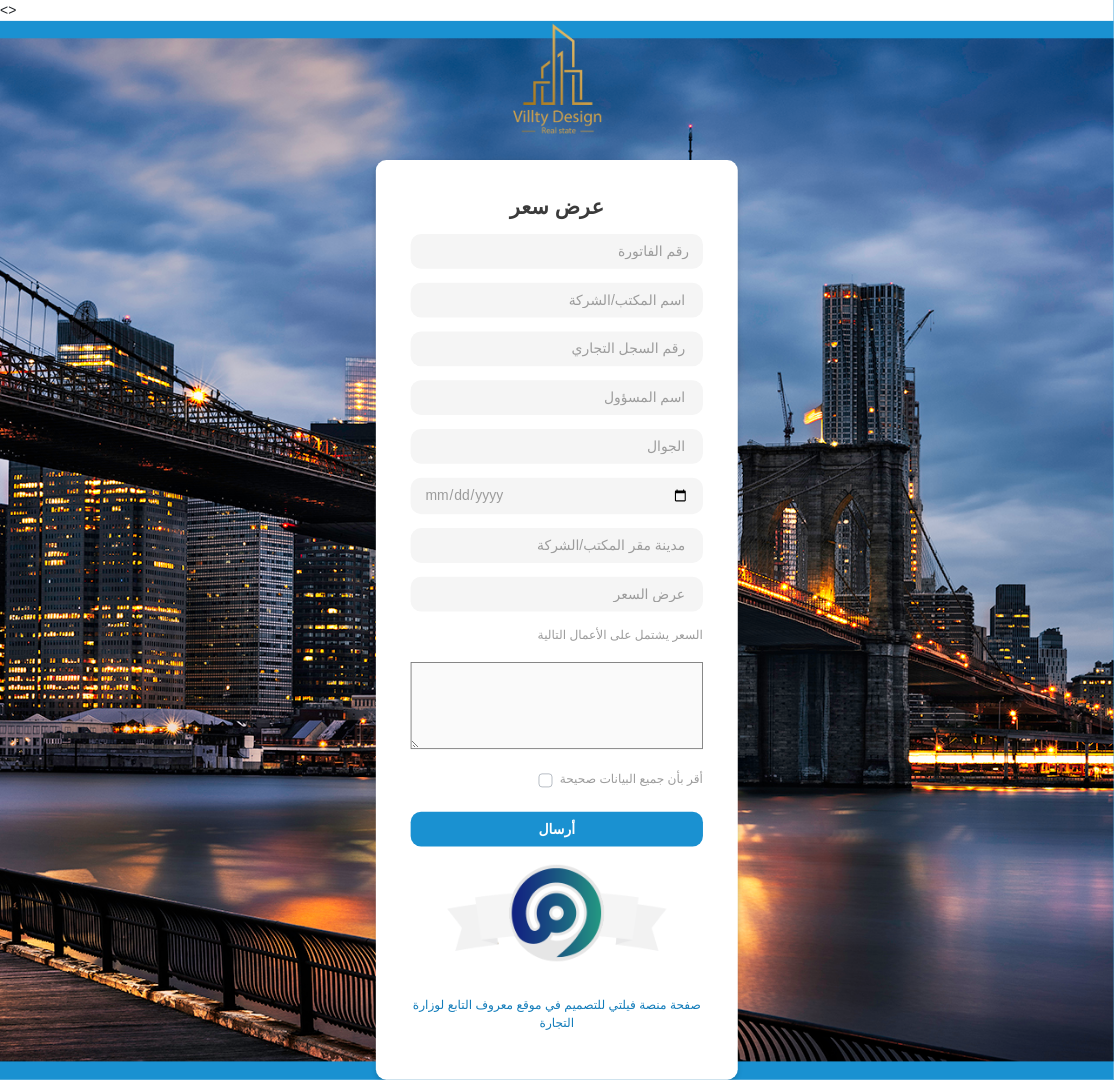
Repository: freejob985/shohragroup_form
Page: http://localhost/
An editor plug-in stored every save of this project. The page is shown before and after the next save, followed by the edit.
The browser window is 1280 px wide. The pictures show the whole page, at 87% of full size.
Some web fonts or font styles are not loaded; a fallback is used. The page is run by PHP 8.4 with error messages shown; the project is at /var/www/html/.

Above is the page before, as saved 2020-11-21 12:12:10.

### index.php
<>


<!doctype html>
<html lang="en">
<head>
    <meta charset="utf-8">
    <meta name="viewport" content="width=device-width, initial-scale=1, shrink-to-fit=no">
    <meta name="description" content="Authentication forms">
    <meta name="author" content="Arasari Studio">
    <title>villtydesign</title>
    <link href="css/bootstrap.min.css" rel="stylesheet">
    <link href="css/common.css" rel="stylesheet">
<link href="css/theme-02.css" rel="stylesheet">
 <link href="https://fonts.googleapis.com/css2?family=Tajawal:wght@300&display=swap" rel="stylesheet">
      <style>
@import    url('https://fonts.googleapis.com/css2?family=Tajawal:wght@300&display=swap');
@import    url('https://fonts.googleapis.com/css2?family=Tajawal:wght@300;500&display=swap');
body,h1,h2,h3,h4,h5,h6,p,a,input,span,label{   font-family: 'Tajawal', sans-serif !important;
}
</style>
</head>
<body>
    <div class="forny-container">
<div class="forny-inner">
    <div class="mb-6 text-center forny-logo">
        <img src="img/logo.png" style="width:120px;">
    </div>
    <div class="forny-form">
        <div class="text-center">
            <h4>عرض سعر</h4>
        </div>
        <form>
    <div class="form-group">
        <div class="input-group">
    <input required  class="form-control" name="email" type="text"
    placeholder="رقم الفاتورة">
        </div>
    </div>
    <div class="form-group password-field">
        <div class="input-group">
    <input required  class="form-control" name="password" type="text"
    placeholder=" اسم المكتب/الشركة">
        </div>
    </div>
<div class="form-group password-field">
        <div class="input-group">
    <input required  class="form-control" name="password" type="text"
    placeholder=" رقم السجل التجاري">
        </div>
    </div>
<div class="form-group password-field">
        <div class="input-group">
    <input required  class="form-control" name="password" type="text"
    placeholder=" اسم المسؤول">
        </div>
    </div>
<div class="form-group password-field">
        <div class="input-group">
    <input required  class="form-control" name="password" type="phone"
    placeholder=" الجوال">
        </div>
    </div>
<div class="form-group password-field">
        <div class="input-group">
    <input required  class="form-control" name="password" type="date"
    placeholder=" التاريخ">
        </div>
    </div>
	<div class="form-group password-field">
        <div class="input-group">
    <input required  class="form-control" name="password" type="text"
    placeholder=" مدينة مقر المكتب/الشركة">
        </div>
    </div>
	<div class="form-group password-field">
        <div class="input-group">
    <input required  class="form-control" name="password" type="number"
    placeholder=" عرض السعر">
        </div>
    </div>
	         <label style="text-align:right;float:right;">السعر يشتمل على الأعمال التالية</label>
    </br>
    </br>
 <textarea style="width:100%;background:#fafafa;height:100px;"></textarea>
            <div class="row mt-6 mb-6">
                <div class="col-12 d-flex align-items-center">
    <div class="custom-control custom-checkbox">
        <input type="checkbox" class="custom-control-input" id="cb1">
        <label class="custom-control-label" for="cb1">أقر بأن جميع البيانات صحيحة
        </label>
    </div>
                </div>
            </div>
            <div>
                <button class="btn btn-primary btn-block">أرسال</button>
            </div>
            <div class="text-center">
			</br>
<img src="img/ImageNoCr.png" />
            </div>
            <div class="text-center mt-10">
                <a href="https://maroof.sa/165110">صفحة منصة فيلتي للتصميم في موقع معروف التابع لوزارة التجارة
</a>
            </div>
        </form>
    </div>
</div>
    </div>
    <script src="js/jquery.min.js"></script>
    <script src="js/bootstrap.min.js"></script>
    <script src="js/main.js"></script>
    <script src="js/demo.js"></script>
</body>
</html>

### css/common.css
:root {
    --forny-p1: 0.25rem; /* 4px */
    --forny-p2: 0.5rem; /* 8px */
    --forny-p3: 0.75rem; /* 12px */
    --forny-p4: 1rem; /* 16px */
    --forny-p5: 1.25rem; /* 20px */
    --forny-p6: 1.5rem; /* 24px */
    --forny-p8: 2rem; /* 32px */
    --forny-p10: 2.5rem; /* 40px */
    --forny-text-xs: 0.75rem; /* 12px */
    --forny-text-sm: 0.875rem; /* 12px */
    --forny-text-md: 1rem; /* 16px */
    --forny-form-width: 26rem;
    --forny-color-facebook: hsla(221, 40%, 47%, 1);
    --forny-color-google: hsla(4, 69%, 53%, 1);
    --forny-color-twitter: hsla(195, 100%, 60%, 1);
    --forny-form-control-border: 1px solid red;
    --forny-form-control-padding: 4px;
    --forny-shadow-color: black;
    --forny-shadow: 0 3px 6px var(--forny-shadow-color);

    --forny-red-100: hsla(0, 100%, 94%, 1);
    --forny-red-500: hsla(4, 69%, 53%, 1);

    --forny-danger-100: hsla(0, 100%, 94%, 1);
    --forny-danger-500: hsla(4, 69%, 53%, 1);

    --forny-color-success-100: hsla(152, 68%, 96%, 1);
    --forny-color-text: black;
    --forny-color-header: var(--forny-color-text);

    --forny-color-accent-500: red;
}

.forny-container .text-xs {
    font-size: 0.75rem;
    font-size: var(--forny-text-xs);
}

.forny-container .text-sm {
    font-size: 0.875rem;
    font-size: var(--forny-text-sm);
}

.forny-container .text-md {
    font-size: 1rem;
    font-size: var(--forny-text-md);
}

.forny-container .cursor-pointer {
    cursor: pointer;
}

.forny-container .pt-1 {
    padding-top: 0.25rem !important;
    padding-top: var(--forny-p1) !important;
}
.forny-container .pt-2 {
    padding-top: 0.5rem !important;
    padding-top: var(--forny-p2) !important;
}
.forny-container .pt-4 {
    padding-top: 1rem !important;
    padding-top: var(--forny-p4) !important;
}
.forny-container .pt-10 {
    padding-top: 2.5rem !important;
    padding-top: var(--forny-p10) !important;
}

.forny-container .pb-1 {
    padding-bottom: 0.25rem !important;
    padding-bottom: var(--forny-p1) !important;
}
.forny-container .pb-2 {
    padding-bottom: 0.5rem !important;
    padding-bottom: var(--forny-p2) !important;
}
.forny-container .pb-4 {
    padding-bottom: 1rem !important;
    padding-bottom: var(--forny-p4) !important;
}
.forny-container .pb-10 {
    padding-bottom: 2.5rem !important;
    padding-bottom: var(--forny-p10) !important;
}

.forny-container .mr-1 {
    margin-right: 0.25rem !important;
    margin-right: var(--forny-p1) !important;
}
.forny-container .mr-2 {
    margin-right: 0.5rem !important;
    margin-right: var(--forny-p2) !important;
}
.forny-container .mr-4 {
    margin-right: 1rem !important;
    margin-right: var(--forny-p4) !important;
}
.forny-container .mr-6 {
    margin-right: 1.5rem !important;
    margin-right: var(--forny-p6) !important;
}
.forny-container .mr-10 {
    margin-right: 2.5rem !important;
    margin-right: var(--forny-p10) !important;
}

.forny-container .mb-1 {
    margin-bottom: 0.25rem !important;
    margin-bottom: var(--forny-p1) !important;
}
.forny-container .mb-2 {
    margin-bottom: 0.5rem !important;
    margin-bottom: var(--forny-p2) !important;
}
.forny-container .mb-4 {
    margin-bottom: 1rem !important;
    margin-bottom: var(--forny-p4) !important;
}
.forny-container .mb-5 {
    margin-bottom: 1.25rem !important;
    margin-bottom: var(--forny-p5) !important;
}
.forny-container .mb-6 {
    margin-bottom: 1.5rem !important;
    margin-bottom: var(--forny-p6) !important;
}
.forny-container .mb-8 {
    margin-bottom: 2rem !important;
    margin-bottom: var(--forny-p8) !important;
}
.forny-container .mb-10 {
    margin-bottom: 2.5rem !important;
    margin-bottom: var(--forny-p10) !important;
}

.forny-container .mt-1 {
    margin-top: 0.25rem !important;
    margin-top: var(--forny-p1) !important;
}
.forny-container .mt-2 {
    margin-top: 0.5rem !important;
    margin-top: var(--forny-p2) !important;
}
.forny-container .mt-4 {
    margin-top: 1rem !important;
    margin-top: var(--forny-p4) !important;
}
.forny-container .mt-5 {
    margin-top: 1.25rem !important;
    margin-top: var(--forny-p5) !important;
}
.forny-container .mt-6 {
    margin-top: 1.5rem !important;
    margin-top: var(--forny-p6) !important;
}
.forny-container .mt-10 {
    margin-top: 2.5rem !important;
    margin-top: var(--forny-p10) !important;
}

.forny-container .border-r-0 {
    border-right-width: 0 !important;
}

.forny-container .btn-social {
    color: white;
    border: 0;
}

.forny-container .btn-flat {
    padding: 0 !important;
}

.forny-container .btn-facebook {
    background: hsla(221, 40%, 47%, 1);
    background: var(--forny-color-facebook);
}
.forny-container .btn-facebook:hover {
    background: hsla(221, 40%, 40%, 1);
}

.forny-container .btn-google {
    background: hsla(4, 69%, 53%, 1);
    background: var(--forny-color-google);
}
.forny-container .btn-google:hover {
    background: hsla(4, 59%, 47%, 1);
}

.forny-container .btn-twitter {
    background: hsla(195, 100%, 60%, 1);
    background: var(--forny-color-twitter);
}
.forny-container .btn-twitter:hover {
    background: hsla(195, 78%, 54%, 1);
}

.forny-form .btn.btn-primary {
    border: 0;
    background-color: red;
    background-color: var(--forny-color-accent-500);
}

.forny-form .btn.btn-primary:hover {
    background-color: var(--forny-color-accent-700);
}

.forny-container .text-facebook {
    color: hsla(221, 40%, 47%, 1);
    color: var(--forny-color-facebook);
}

.forny-container .text-google {
    color: hsla(4, 69%, 53%, 1);
    color: var(--forny-color-google);
}

.forny-container .text-twitter {
    color: hsla(195, 100%, 60%, 1);
    color: var(--forny-color-twitter);
}

.forny-container {
    display: flex;
    flex-direction: column;
    align-items: center;
    justify-content: center;
    min-height: 100vh;
    font-family: var(--forny-font-family);
    color: black;
    color: var(--forny-color-text);
}

.forny-container a {
    color: var(--forny-link-color);
}

.forny-form {
    margin: 0 auto;
}

.forny-form h4 {
    color: black;
    color: var(--forny-color-header);
    font-weight: 700;
    margin-bottom: 1rem;
    margin-bottom: var(--forny-p4);
}

.forny-form .forny-logo {
    text-align: center;
    margin-bottom: 2.5rem;
    margin-bottom: var(--forny-p10);
}

.forny-form .form-control {
    height: auto;
    border: 1px solid red;
    border: var(--forny-form-control-border);
    padding: 4px;
    padding: var(--forny-form-control-padding);
    border-radius: var(--forny-form-control-radius);
    box-shadow: none;
    -webkit-appearance: none;
       -moz-appearance: none;
            appearance: none;
}

.forny-form .input-group-prepend .input-group-text,
.forny-form .input-group-append .input-group-text {
    border: 1px solid red;
    border: var(--forny-form-control-border);
    padding: 4px;
    padding: var(--forny-form-control-padding);
    border-radius: var(--forny-form-control-radius);
    text-align: center;
    display: inline-block;
    min-width: 48px;
}

.forny-form .input-group-prepend .input-group-text svg,
.forny-form .input-group-append .input-group-text svg {
    fill: currentColor;
}

.forny-form .input-group .input-group-prepend + .form-control {
    border-left: 0 !important;
    padding-left: 0.25rem;
    padding-left: var(--forny-p1);
}

.forny-form .input-group .input-group-append + .form-control {
    border-right: 0;
    padding-right: 0.25rem;
    padding-right: var(--forny-p1);
}

.forny-container .alert-danger {
    background-color: hsla(0, 100%, 94%, 1);
    background-color: var(--forny-danger-100);
    color: hsla(4, 69%, 53%, 1);
    color: var(--forny-danger-500);
}

.forny-container .has-error .form-control,
.forny-container .has-error .input-group-append .input-group-text,
.forny-container .has-error .input-group-prepend .input-group-text {
    border-color: hsla(4, 69%, 53%, 1);
    border-color: var(--forny-danger-500);
    outline-color: hsla(4, 69%, 53%, 1);
    outline-color: var(--forny-danger-500);
    box-shadow: none;
}

.forny-container .has-error .form-control,
.forny-container .has-error .input-group-prepend .input-group-text {
    color: hsla(4, 69%, 53%, 1);
    color: var(--forny-danger-500);
}

.forny-inner {
    /* min-height: 100vh; */
    display: flex;
    flex-direction: column;
}

.forny-form {
    margin: auto;
}

@media (min-width: 768px) {
    .forny-inner {
        height: auto;
        width: 26rem;
        width: var(--forny-form-width);
    }

    .forny-form {
        width: 26rem;
        width: var(--forny-form-width);
    }
}

.forny-container .has-error {
    background: hsla(0, 100%, 94%, 1);
    background: var(--forny-danger-100);
}

.forny-container .has-error .form-control::-webkit-input-placeholder {
    color: hsla(4, 69%, 53%, 1);
    color: var(--forny-danger-500);
}

.forny-container .has-error .form-control::-moz-placeholder {
    color: hsla(4, 69%, 53%, 1);
    color: var(--forny-danger-500);
}

.forny-container .has-error .form-control:-ms-input-placeholder {
    color: hsla(4, 69%, 53%, 1);
    color: var(--forny-danger-500);
}

.forny-container .has-error .form-control::-ms-input-placeholder {
    color: hsla(4, 69%, 53%, 1);
    color: var(--forny-danger-500);
}

.forny-container .has-error .form-control::placeholder {
    color: hsla(4, 69%, 53%, 1);
    color: var(--forny-danger-500);
}

.forny-container .has-error .form-control,
.forny-container .has-error .input-group-text,
.forny-container .has-error input:-webkit-autofill,
.forny-container .has-error input:-webkit-autofill:hover,
.forny-container .has-error input:-webkit-autofill:focus,
.forny-container .has-error input:-webkit-autofill:active {
    box-shadow: 0 0 0 30px hsla(0, 100%, 94%, 1) inset !important;
    box-shadow: 0 0 0 30px var(--forny-danger-100) inset !important;
    border-color: hsla(4, 69%, 53%, 1);
    border-color: var(--forny-danger-500);
    color: hsla(4, 69%, 53%, 1);
    color: var(--forny-danger-500);
}

.forny-container .is-valid,
.forny-container .is-valid input:-webkit-autofill,
.forny-container .is-valid input:-webkit-autofill:hover,
.forny-container .is-valid input:-webkit-autofill:focus,
.forny-container .is-valid input:-webkit-autofill:active {
    background-color: hsla(152, 68%, 96%, 1);
    background-color: var(--forny-color-success-100);
    box-shadow: 0 0 0 30px hsla(152, 68%, 96%, 1) inset !important;
    box-shadow: 0 0 0 30px var(--forny-color-success-100) inset !important;
}

.forny-form .form-group.focused:not(.has-error) {
    background: white;
    border-color: var(--forny-color-text-100);
}

.forny-form .form-control,
.forny-form .input-group-text {
    color: black;
    color: var(--forny-color-text);
    background: transparent;
}

.forny-form .form-control::-webkit-input-placeholder {
    color: black;
    color: var(--forny-color-text);
}

.forny-form .form-control::-moz-placeholder {
    color: black;
    color: var(--forny-color-text);
}

.forny-form .form-control:-ms-input-placeholder {
    color: black;
    color: var(--forny-color-text);
}

.forny-form .form-control::-ms-input-placeholder {
    color: black;
    color: var(--forny-color-text);
}

.forny-form .form-control::placeholder {
    color: black;
    color: var(--forny-color-text);
}

.forny-container
    .custom-control-input:checked
    ~ .custom-control-label::before {
    border-color: red;
    border-color: var(--forny-color-accent-500);
    background-color: red;
    background-color: var(--forny-color-accent-500);
}

/* INPUT ADDONS */

.forny-form .form-group .input-group-append .input-group-text {
    padding-left: 0.5rem;
    padding-left: var(--forny-p2);
    border-top-left-radius: 0;
    border-bottom-left-radius: 0;
    border-left: 0 !important;
}

.forny-form .form-group .input-group-append .input-group-text:hover {
    color: red;
    color: var(--forny-color-accent-500);
}

.forny-form .input-group-prepend .input-group-text {
    padding-right: 0.5rem;
    padding-right: var(--forny-p2);
    border-top-right-radius: 0;
    border-bottom-right-radius: 0;
    border-right: 0 !important;
}

/* ALERTS */

.forny-container .alert {
    margin-bottom: 1rem;
    margin-bottom: var(--forny-p4);
}

.forny-container .password-field .form-control {
    border-right: 0 !important;
}

.forny-container .btn-icon {
    margin-right: 8px;
}

### css/theme-02.css
:root {
    --forny-form-paddings: 2.5rem;

    --forny-color-accent-500: hsla(201, 78%, 46%, 1);
    --forny-color-accent-700: hsla(202, 82%, 40%, 1);

    --forny-color-gray-100: hsla(0, 0%, 96%, 1);
    --forny-color-gray-300: hsla(0, 0%, 0%, 0.16);
    --forny-color-gray-700: hsla(0, 0%, 61%, 1);
    --forny-color-gray-500: hsla(0, 0%, 69%, 1);
    --forny-color-gray-700: hsla(0, 0%, 61%, 1);
    --forny-color-gray-900: hsla(0, 0%, 23%, 1);

    --forny-font-family: 'Open Sans', sans-serif;
    --forny-color-text: var(--forny-color-gray-700);
    --forny-color-header: var(--forny-color-gray-900);
    --forny-link-color: var(--forny-color-accent-700);

    --forny-form-control-border: none;
    --forny-form-control-padding: var(--forny-p2) var(--forny-p4);
    --forny-form-control-radius: 12px;
    --forny-form-control-background: var(--forny-color-gray-100);
    --forny-shadow-color: var(--forny-color-gray-300);
}

.forny-container {
    background-size: contain;
    font-size: 0.875rem;
    font-size: var(--forny-text-sm);
    display: flex;
    align-items: center;
}

.forny-inner {
    display: block;
    height: auto;
}

.forny-form {direction:rtl;
    padding: 2.5rem;
    padding: var(--forny-form-paddings);
    background: white;
    border-radius: 12px;
}

.forny-logo {
    color: hsla(0, 0%, 61%, 1);
    color: var(--forny-color-gray-700);
}

@media (min-width: 768px) {
    .forny-logo {
        color: white;
    }

    .forny-container {
        background: url('../img/bg.jpg') center center no-repeat
            hsla(201, 78%, 46%, 1);
        background: url('../img/bg.jpg') center center no-repeat
            var(--forny-color-accent-500);
    }
    .forny-form {
        box-shadow: 0 3px 6px hsla(0, 0%, 0%, 0.16);
        box-shadow: var(--forny-shadow);
    }
}

.forny-form a {
    font-size: 0.875rem;
    font-size: var(--forny-text-sm);
}

/* FORMS */

.forny-form .form-group {
    margin-bottom: 1rem;
    margin-bottom: var(--forny-p4);
    background: hsla(0, 0%, 96%, 1);
    background: var(--forny-form-control-background);
    border-radius: 12px;
    border-radius: var(--forny-form-control-radius);
    transition: box-shadow 0.3s;
}

.forny-form .form-group.focused:not(.has-error) {
    background: white;
    box-shadow: 0 1px 4px hsla(0, 0%, 0%, 0.16);
    box-shadow: 0 1px 4px var(--forny-color-gray-300);
}

.forny-form .form-control,
.forny-form .input-group-text {
    color: hsla(0, 0%, 61%, 1);
    color: var(--forny-color-gray-700);
    background: transparent;
}

.forny-form .form-control::-webkit-input-placeholder {
    color: hsla(0, 0%, 61%, 1);
    color: var(--forny-color-gray-700);
}

.forny-form .form-control::-moz-placeholder {
    color: hsla(0, 0%, 61%, 1);
    color: var(--forny-color-gray-700);
}

.forny-form .form-control:-ms-input-placeholder {
    color: hsla(0, 0%, 61%, 1);
    color: var(--forny-color-gray-700);
}

.forny-form .form-control::-ms-input-placeholder {
    color: hsla(0, 0%, 61%, 1);
    color: var(--forny-color-gray-700);
}

.forny-form .form-control::placeholder {
    color: hsla(0, 0%, 61%, 1);
    color: var(--forny-color-gray-700);
}

.forny-container
    .custom-control-input:checked
    ~ .custom-control-label::before {
    border-color: hsla(201, 78%, 46%, 1);
    border-color: var(--forny-color-accent-500);
    background-color: hsla(201, 78%, 46%, 1);
    background-color: var(--forny-color-accent-500);
}

/* BUTTONS */

.forny-form .btn {
    border-radius: 12px;
    border-radius: var(--forny-form-control-radius);
    font-weight: bold;
    padding: 0.5rem 1rem;
    padding: var(--forny-p2) var(--forny-p4);
}

.forny-container .line {
    background: hsla(0, 0%, 69%, 1);
    background: var(--forny-color-gray-500);
    height: 1px;
    margin-top: 12px;
    text-align: center;
}
.forny-container .line span {
    background: #fff;
    padding: 8px;
    position: relative;
    top: -12px;
}

.forny-container .btn-icon.btn-flat {
    width: 32px;
    height: 32px;
}

### js/main.js
function bindPasswordReveal() {
    $('input[type="password"] + .input-group-append').each(function() {
        $(this).on('mousedown touchstart', function() {
            $(this)
                .prev()
                .attr('type', 'text');
        });
        $(this).on('mouseup touchend', function() {
            $(this)
                .prev()
                .attr('type', 'password');
        });
    });
}

function showErrorAlert() {
    $('.alert-form-error:not(.d-block)')
        .removeClass('d-none')
        .addClass('d-block');
}

function hideErrorAlert() {
    $('.alert-form-error')
        .removeClass('d-block')
        .addClass('d-none');
}

function bindInputFocusListener() {
    $('form .form-control')
        .bind('focus', function() {
            $(this)
                .closest('.form-group')
                .addClass('focused');
        })
        .bind('blur', function() {
            $(this)
                .closest('.form-group')
                .removeClass('focused');
        });
}

function bindInputErrorHandler() {
    $('form .form-control')
        .bind('invalid', function(e) {
            showErrorAlert();
            $(this)
                .closest('.form-group')
                .addClass('has-error');
        })
        .bind('change', function(e) {
            if ($(this).is(':valid')) {
                $(this)
                    .closest('.form-group')
                    .addClass('is-valid');
            }

            if ($(this).is(':invalid')) {
                showErrorAlert();
                $(this)
                    .closest('.form-group')
                    .addClass('has-error');
            }
        })
        .bind('keyup', function() {
            $(this)
                .closest('.form-group')
                .removeClass('has-error');
        });
}

window.addEventListener('load', function() {
    bindPasswordReveal();
    bindInputFocusListener();
    bindInputErrorHandler();
});

### js/demo.js
/**
 * For demo purposes only.
 * Remove this file from production builds.
 */

function bindPasswordResetForm() {
    $('form.reset-password-form').on('submit', function(e) {
        e.preventDefault();
        $('.reset-form')
            .removeClass('d-block')
            .addClass('d-none');
        $('.reset-confirmation').addClass('d-block');
    });
}

window.addEventListener('load', function() {
    bindPasswordResetForm();
});

Loaded but not shown: css/bootstrap.min.css (library); js/jquery.min.js (library); js/bootstrap.min.js (library)

After the next save:
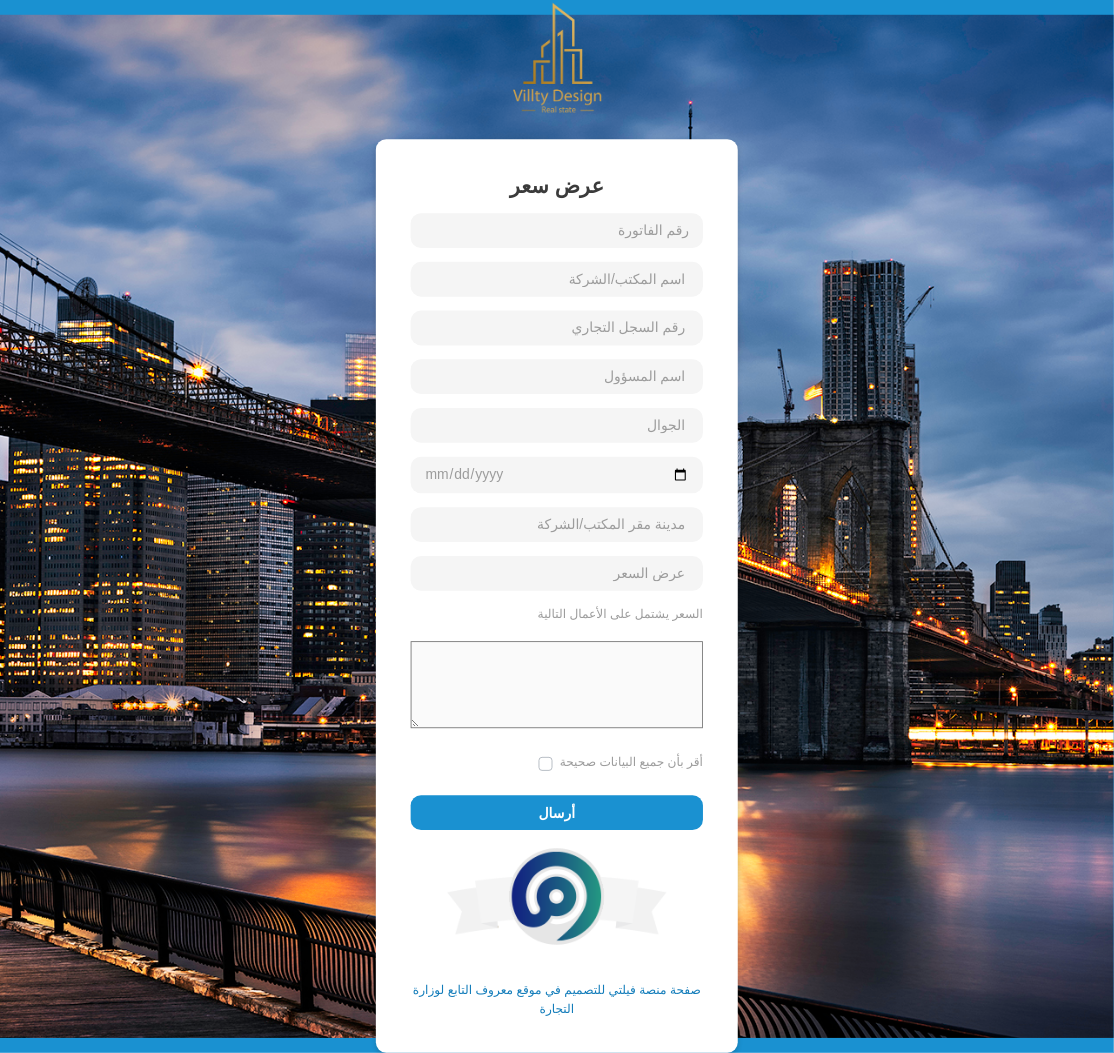
Saved 4 s later.
--- a/index.php
+++ b/index.php
@@ -1,4 +1,7 @@
-<>
+<?php
+
+
+?>
 
 
 <!doctype html>
